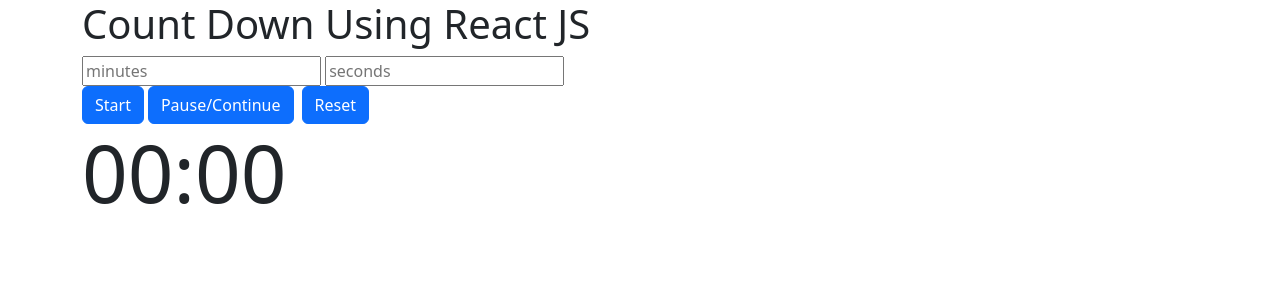
Repository: maheshdama13/reactjs-count-down
Page: /
An editor plug-in stored every save of this project. The page is shown before and after the next save, followed by the edit.
The browser window is 1280 px wide. The pictures show the whole page.
The project was rebuilt for these pictures with package versions that can differ from the ones it lists, and the page was loaded fresh each time. Also part of the build but not shown: src/App.css.

Above is the page before, as saved 2022-07-01 02:20:40.

After the next save:
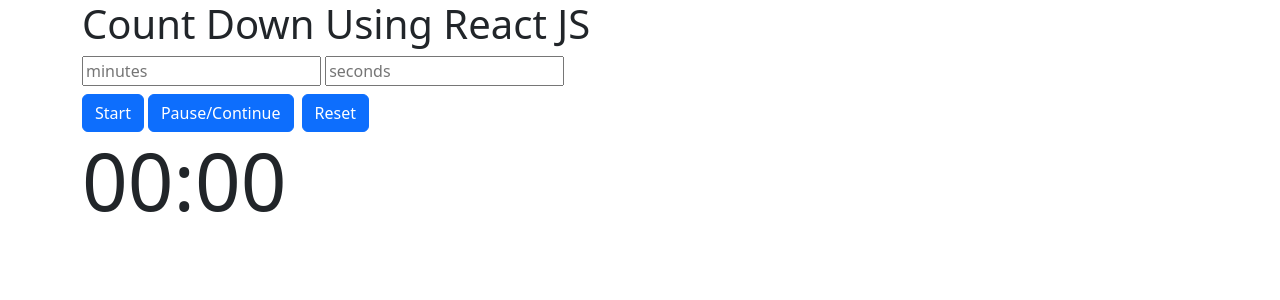
Saved 16 s later.
--- a/src/components/CountDown.js
+++ b/src/components/CountDown.js
@@ -62,9 +62,11 @@
           <input className=' d-inline' name='minutes' type="number" placeholder='minutes' />&nbsp;
           <input className=' d-inline' name='seconds' type="number" placeholder='seconds' />&nbsp;
         </div>
-        <button type="button" className='btn btn-primary mr-1' onClick={startHandler}>Start</button>
-        <button type="button" className='btn btn-primary mx-1' onClick={pauseHandler}>Pause/Continue</button>
-        <button type="button" className='btn btn-primary mx-1' onClick={resetHandler}>Reset</button>
+        <div className='mt-2'>
+          <button type="button" className='btn btn-primary mr-1' onClick={startHandler}>Start</button>
+          <button type="button" className='btn btn-primary mx-1' onClick={pauseHandler}>Pause/Continue</button>
+          <button type="button" className='btn btn-primary mx-1' onClick={resetHandler}>Reset</button>
+        </div>
       </form>
 
 
